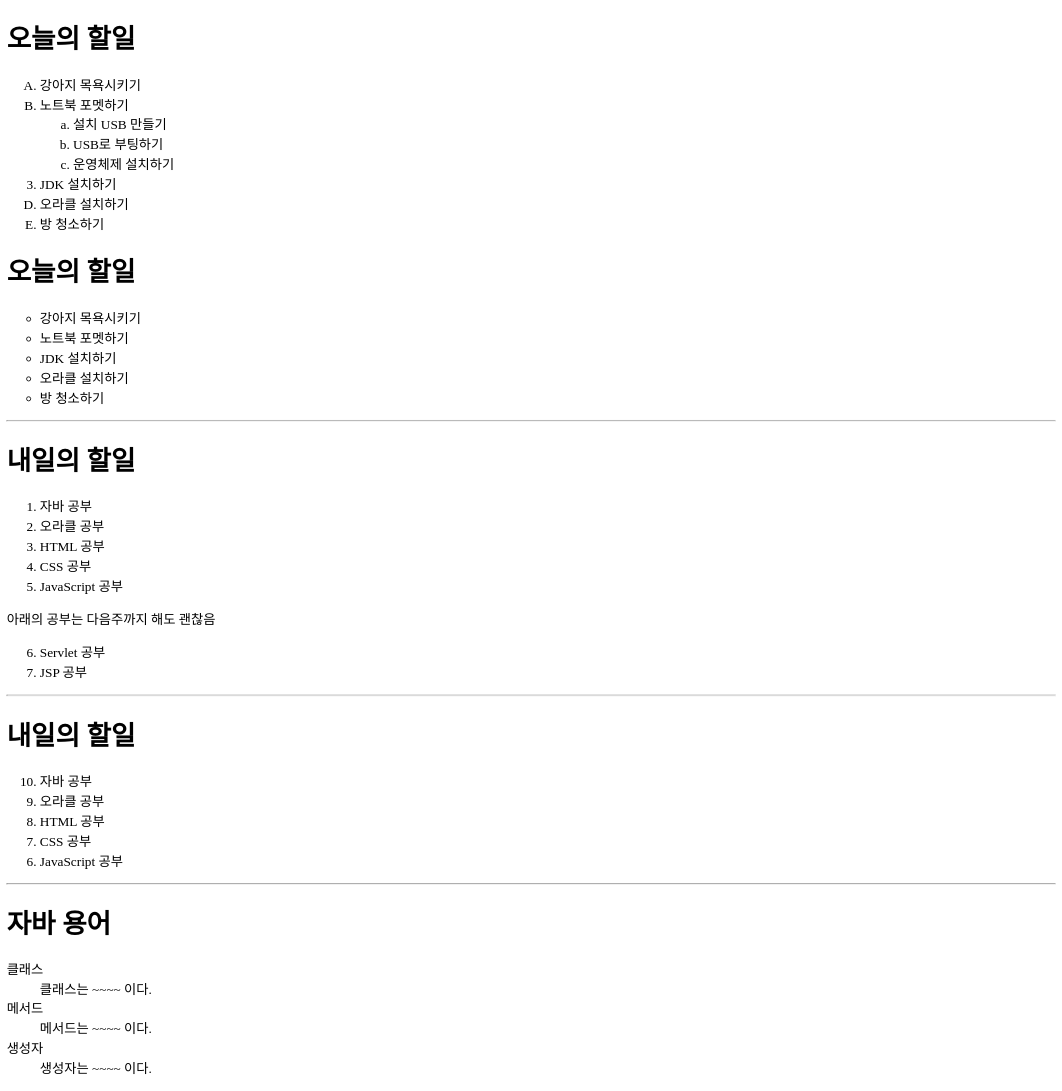
Repository: zzzzzzin/Client
Page: ClientTest/src/main/webapp/html/ex11_list.html
These files come from the project's save history. The page is drawn as it stood at one moment and after the next save; the edit follows.
The browser window is 1280 px wide. The pictures show the whole page, at 83% of full size.

Above is the page before, as saved 2024-03-13 03:29:59.

After the next save:
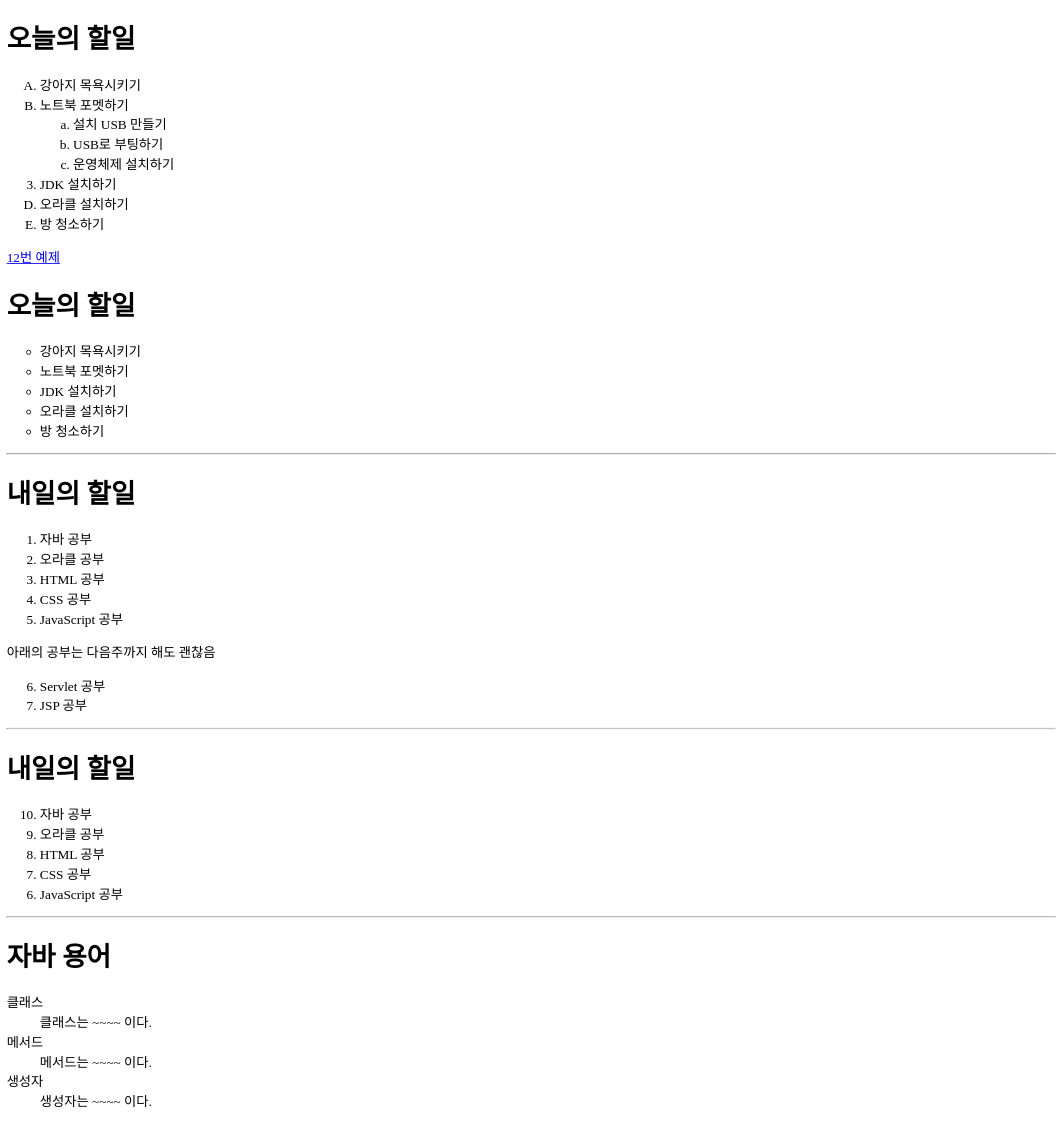
Saved 42 s later.
--- a/ClientTest/src/main/webapp/html/ex11_list.html
+++ b/ClientTest/src/main/webapp/html/ex11_list.html
@@ -54,6 +54,8 @@
 	</ol>
 
 	<!-- 쩜 > bullet -->
+
+	<a href="ex12_link.html">12번 예제</a>
 	<h1>오늘의 할일</h1>
 	<ul type="circle">
 		<li>강아지 목욕시키기</li>
